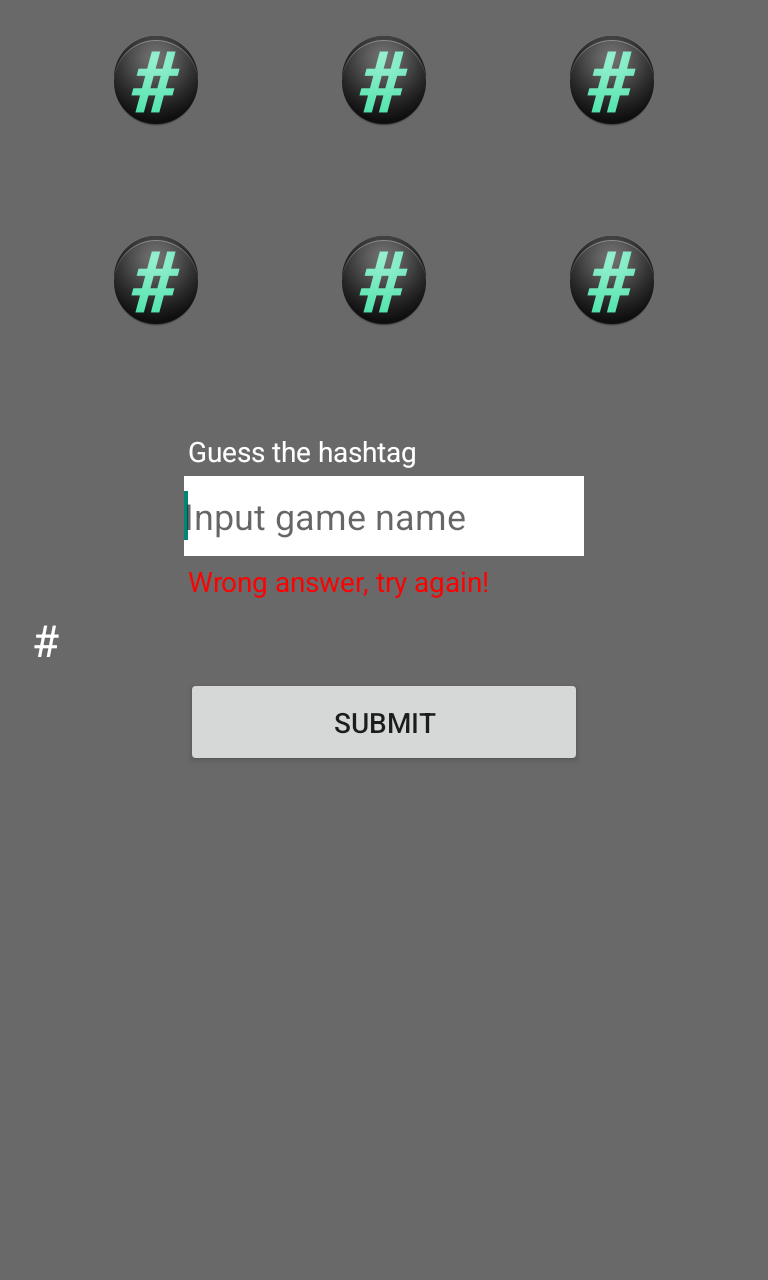
Repository: Hannanina/GuessTag
Layout: GuessTag/res/layout/activity_guess_tag.xml
An editor plug-in stored every save of this project. The layout is shown before and after the next save, followed by the edit.
It is drawn on a 768 x 1280 px phone screen (xhdpi) without system bars, with theme AppTheme; the app's code is not run.

Above is the layout before, as saved 2014-12-17 10:53:13.

### GuessTag/res/layout/activity_guess_tag.xml
<RelativeLayout xmlns:android="http://schemas.android.com/apk/res/android"
    xmlns:tools="http://schemas.android.com/tools"
    android:layout_width="match_parent"
    android:layout_height="match_parent"
    android:paddingBottom="@dimen/activity_vertical_margin"
    android:paddingLeft="@dimen/activity_horizontal_margin"
    android:paddingRight="@dimen/activity_horizontal_margin"
    android:paddingTop="@dimen/activity_vertical_margin"
    android:background="@color/DimGray"
    tools:context="com.example.guesstag.GuessTagActivity" >


   <LinearLayout
       android:id="@+id/top_image_container"
       android:layout_width="fill_parent"
       android:layout_height="100dp"
       android:paddingLeft="5dp"
       android:paddingRight="5dp" >
   		<ImageView
       		android:id="@+id/image_one"
       		android:layout_width="0dp"
       		android:layout_height="wrap_content"
       		android:layout_weight="0.33"
       		android:maxHeight="100dp"
	   		android:contentDescription="@string/image_one"
	   		android:src="@drawable/ic_launcher" >
   		</ImageView>
   		<ImageView
       		android:id="@+id/image_two"
       		android:layout_width="0dp"
       		android:layout_height="wrap_content"
       		android:layout_weight="0.33"
       		android:paddingRight="5dp"
       		android:paddingLeft="5dp"
       		android:contentDescription="@string/image_two"
       		android:src="@drawable/ic_launcher" >
   		</ImageView>
   		<ImageView
       		android:id="@+id/image_three"
       		android:layout_width="0dp"
       		android:layout_height="wrap_content"
       		android:layout_weight="0.33"
       		android:contentDescription="@string/image_three"
       		android:src="@drawable/ic_launcher" >
   		</ImageView>
   </LinearLayout>
   <LinearLayout
       android:id="@+id/bottom_image_container"
       android:layout_width="fill_parent"
       android:layout_height="100dp"
       android:paddingLeft="5dp"
       android:paddingRight="5dp"
       android:layout_below="@+id/top_image_container" >
   		<ImageView
       		android:id="@+id/image_four"
       		android:layout_width="0dp"
       		android:layout_height="wrap_content"
       		android:layout_weight="0.33"
	   		android:contentDescription="@string/image_four"
	   		android:src="@drawable/ic_launcher" >
   		</ImageView>
   		<ImageView
       		android:id="@+id/image_five"
       		android:layout_width="0dp"
       		android:layout_height="wrap_content"
       		android:layout_weight="0.33"
       		android:paddingRight="5dp"
       		android:paddingLeft="5dp"
       		android:contentDescription="@string/image_five"
       		android:src="@drawable/ic_launcher" >
   		</ImageView>
   		<ImageView
       		android:id="@+id/image_six"
       		android:layout_width="0dp"
       		android:layout_height="wrap_content"
       		android:layout_weight="0.33"
       		android:contentDescription="@string/image_six"
       		android:src="@drawable/ic_launcher" >
   		</ImageView>
   </LinearLayout>
   <LinearLayout
        android:id="@+id/input_container"
        android:orientation="vertical"
        android:layout_width="200dp"
        android:layout_height="96dp"
        android:layout_centerHorizontal="true"
        android:layout_below="@+id/bottom_image_container" >
   		<TextView
        	android:id="@+id/guess_the_hashtag"
        	android:layout_width="wrap_content"
	    	android:layout_height="wrap_content"
	    	android:layout_marginLeft="2dp"
	    	android:layout_marginBottom="3dp"
	    	android:text="@string/guess_the_hashtag"
	    	android:textColor="@color/White">
    	</TextView>
    	<EditText
        	android:id="@+id/input_game_name"
        	android:layout_width="match_parent"
        	android:layout_height="40dp"
        	android:layout_gravity="center"
        	android:background="@color/White"
        	android:ems="10"
        	android:hint="@string/input_game_name" >
        	<requestFocus />
    	</EditText>
    	<TextView
        	android:id="@+id/textView3"
        	android:layout_width="wrap_content"
        	android:layout_height="wrap_content"
        	android:layout_marginLeft="2dp"
	    	android:layout_marginTop="3dp"
        	android:layout_centerHorizontal="true"
        	android:text="@string/wrong_answer"
        	android:textColor="@color/Red"
        	android:textAppearance="?android:attr/textAppearanceSmall" >
        </TextView>
    </LinearLayout>
    <TextView
        android:id="@+id/textView2"
        android:layout_width="wrap_content"
        android:layout_height="wrap_content"
        android:layout_alignParentLeft="true"
        android:layout_centerVertical="true"
        android:text="#"
     	android:textColor="@color/White"
        android:textAppearance="?android:attr/textAppearanceLarge" />


    <Button
        android:id="@+id/buttonSubmit"
  	    android:layout_width="200dp"
	    android:layout_height="48dp"
        android:layout_below="@+id/input_container"
        android:layout_centerHorizontal="true"
        android:layout_marginTop="25dp"
        android:text="submit"
        android:onClick="onClickSubmit" />


</RelativeLayout>

### GuessTag/res/values/colors.xml
<?xml version="1.0" encoding="utf-8"?>
<resources>
 <color name="white">#FFFFFF</color>
 <color name="yellow">#FFFF00</color>
 <color name="fuchsia">#FF00FF</color>
 <color name="red">#FF0000</color>
 <color name="silver">#C0C0C0</color>
 <color name="gray">#808080</color>
 <color name="olive">#808000</color>
 <color name="purple">#800080</color>
 <color name="maroon">#800000</color>
 <color name="aqua">#00FFFF</color>
 <color name="lime">#00FF00</color>
 <color name="teal">#008080</color>
 <color name="green">#008000</color>
 <color name="blue">#0000FF</color>
 <color name="navy">#000080</color>
 <color name="black">#000000</color>


 <color name="White">#FFFFFF</color>
 <color name="Ivory">#FFFFF0</color>
 <color name="LightYellow">#FFFFE0</color>
 <color name="Yellow">#FFFF00</color>
 <color name="Snow">#FFFAFA</color>
 <color name="FloralWhite">#FFFAF0</color>
 <color name="LemonChiffon">#FFFACD</color>
 <color name="Cornsilk">#FFF8DC</color>
 <color name="Seashell">#FFF5EE</color>
 <color name="LavenderBlush">#FFF0F5</color>
 <color name="PapayaWhip">#FFEFD5</color>
 <color name="BlanchedAlmond">#FFEBCD</color>
 <color name="MistyRose">#FFE4E1</color>
 <color name="Bisque">#FFE4C4</color>
 <color name="Moccasin">#FFE4B5</color>
 <color name="NavajoWhite">#FFDEAD</color>
 <color name="PeachPuff">#FFDAB9</color>
 <color name="Gold">#FFD700</color>
 <color name="Pink">#FFC0CB</color>
 <color name="LightPink">#FFB6C1</color>
 <color name="Orange">#FFA500</color>
 <color name="LightSalmon">#FFA07A</color>
 <color name="DarkOrange">#FF8C00</color>
 <color name="Coral">#FF7F50</color>
 <color name="HotPink">#FF69B4</color>
 <color name="Tomato">#FF6347</color>
 <color name="OrangeRed">#FF4500</color>
 <color name="DeepPink">#FF1493</color>
 <color name="Fuchsia">#FF00FF</color>
 <color name="Magenta">#FF00FF</color>
 <color name="Red">#FF0000</color>
 <color name="OldLace">#FDF5E6</color>
 <color name="LightGoldenrodYellow">#FAFAD2</color>
 <color name="Linen">#FAF0E6</color>
 <color name="AntiqueWhite">#FAEBD7</color>
 <color name="Salmon">#FA8072</color>
 <color name="GhostWhite">#F8F8FF</color>
 <color name="MintCream">#F5FFFA</color>
 <color name="WhiteSmoke">#F5F5F5</color>
 <color name="Beige">#F5F5DC</color>
 <color name="Wheat">#F5DEB3</color>
 <color name="SandyBrown">#F4A460</color>
 <color name="Azure">#F0FFFF</color>
 <color name="Honeydew">#F0FFF0</color>
 <color name="AliceBlue">#F0F8FF</color>
 <color name="Khaki">#F0E68C</color>
 <color name="LightCoral">#F08080</color>
 <color name="PaleGoldenrod">#EEE8AA</color>
 <color name="Violet">#EE82EE</color>
 <color name="DarkSalmon">#E9967A</color>
 <color name="Lavender">#E6E6FA</color>
 <color name="LightCyan">#E0FFFF</color>
 <color name="BurlyWood">#DEB887</color>
 <color name="Plum">#DDA0DD</color>
 <color name="Gainsboro">#DCDCDC</color>
 <color name="Crimson">#DC143C</color>
 <color name="PaleVioletRed">#DB7093</color>
 <color name="Goldenrod">#DAA520</color>
 <color name="Orchid">#DA70D6</color>
 <color name="Thistle">#D8BFD8</color>
 <color name="LightGrey">#D3D3D3</color>
 <color name="Tan">#D2B48C</color>
 <color name="Chocolate">#D2691E</color>
 <color name="Peru">#CD853F</color>
 <color name="IndianRed">#CD5C5C</color>
 <color name="MediumVioletRed">#C71585</color>
 <color name="Silver">#C0C0C0</color>
 <color name="DarkKhaki">#BDB76B</color>
 <color name="RosyBrown">#BC8F8F</color>
 <color name="MediumOrchid">#BA55D3</color>
 <color name="DarkGoldenrod">#B8860B</color>
 <color name="FireBrick">#B22222</color>
 <color name="PowderBlue">#B0E0E6</color>
 <color name="LightSteelBlue">#B0C4DE</color>
 <color name="PaleTurquoise">#AFEEEE</color>
 <color name="GreenYellow">#ADFF2F</color>
 <color name="LightBlue">#ADD8E6</color>
 <color name="DarkGray">#A9A9A9</color>
 <color name="Brown">#A52A2A</color>
 <color name="Sienna">#A0522D</color>
 <color name="YellowGreen">#9ACD32</color>
 <color name="DarkOrchid">#9932CC</color>
 <color name="PaleGreen">#98FB98</color>
 <color name="DarkViolet">#9400D3</color>
 <color name="MediumPurple">#9370DB</color>
 <color name="LightGreen">#90EE90</color>
 <color name="DarkSeaGreen">#8FBC8F</color>
 <color name="SaddleBrown">#8B4513</color>
 <color name="DarkMagenta">#8B008B</color>
 <color name="DarkRed">#8B0000</color>
 <color name="BlueViolet">#8A2BE2</color>
 <color name="LightSkyBlue">#87CEFA</color>
 <color name="SkyBlue">#87CEEB</color>
 <color name="Gray">#808080</color>
 <color name="Olive">#808000</color>
 <color name="Purple">#800080</color>
 <color name="Maroon">#800000</color>
 <color name="Aquamarine">#7FFFD4</color>
 <color name="Chartreuse">#7FFF00</color>
 <color name="LawnGreen">#7CFC00</color>
 <color name="MediumSlateBlue">#7B68EE</color>
 <color name="LightSlateGray">#778899</color>
 <color name="SlateGray">#708090</color>
 <color name="OliveDrab">#6B8E23</color>
 <color name="SlateBlue">#6A5ACD</color>
 <color name="DimGray">#696969</color>
 <color name="MediumAquamarine">#66CDAA</color>
 <color name="CornflowerBlue">#6495ED</color>
 <color name="CadetBlue">#5F9EA0</color>
 <color name="DarkOliveGreen">#556B2F</color>
 <color name="Indigo">#4B0082</color>
 <color name="MediumTurquoise">#48D1CC</color>
 <color name="DarkSlateBlue">#483D8B</color>
 <color name="SteelBlue">#4682B4</color>
 <color name="RoyalBlue">#4169E1</color>
 <color name="Turquoise">#40E0D0</color>
 <color name="MediumSeaGreen">#3CB371</color>
 <color name="LimeGreen">#32CD32</color>
 <color name="DarkSlateGray">#2F4F4F</color>
 <color name="SeaGreen">#2E8B57</color>
 <color name="ForestGreen">#228B22</color>
 <color name="LightSeaGreen">#20B2AA</color>
 <color name="DodgerBlue">#1E90FF</color>
 <color name="MidnightBlue">#191970</color>
 <color name="Aqua">#00FFFF</color>
 <color name="Cyan">#00FFFF</color>
 <color name="SpringGreen">#00FF7F</color>
 <color name="Lime">#00FF00</color>
 <color name="MediumSpringGreen">#00FA9A</color>
 <color name="DarkTurquoise">#00CED1</color>
 <color name="DeepSkyBlue">#00BFFF</color>
 <color name="DarkCyan">#008B8B</color>
 <color name="Teal">#008080</color>
 <color name="Green">#008000</color>
 <color name="DarkGreen">#006400</color>
 <color name="Blue">#0000FF</color>
 <color name="MediumBlue">#0000CD</color>
 <color name="DarkBlue">#00008B</color>
 <color name="Navy">#000080</color>
 <color name="Black">#000000</color>
</resources>

### GuessTag/res/values/strings.xml
<?xml version="1.0" encoding="utf-8"?>
<resources>

    <string name="app_name">guess#</string>
    <string name="hello_world">Hello world!</string>
    <string name="action_settings">Settings</string>

    <!-- BACK BUTTON -->
    <string name="button_back">Back</string>

    <!-- START ACTIVITY -->
    <string name="start_heading">guess#</string>
    <string name="button_start">New game</string>
    <string name="button_highscore">Highscore</string>
    <string name="button_rules">Rules</string>
    <string name="title_activity_rules">RulesActivity</string>

    <!-- RULES ACTIVITY -->
    <string name="rules_heading">Rules</string>
    <string name="rules_text">Lorem ipsum dolor sit amet, consectetuer adipiscing elit, sed diam nonummy nibh euismod tincidunt ut laoreet dolore magna aliquam erat volutpat. Ut wisi enim ad minim veniam, quis nostrud exerci tation ullamcorper suscipit lobortis nisl ut aliquip ex ea commodo consequat. Duis autem vel eum iriure dolor in hendrerit in vulputate velit esse molestie consequat, vel illum dolore eu feugiat nulla facilisis at vero eros et accumsan et iusto odio dignissim qui blandit praesent luptatum zzril delenit augue duis dolore te feugait nulla facilisi. Nam liber tempor cum soluta nobis eleifend option congue nihil imperdiet doming id quod mazim placerat facer possim assum. Typi non habent claritatem insitam; est usus legentis in iis qui facit eorum claritatem. Investigationes demonstraverunt lectores legere me lius quod ii legunt saepius. Claritas est etiam processus dynamicus, qui sequitur mutationem consuetudium lectorum. Mirum est notare quam littera gothica, quam nunc putamus parum claram, anteposuerit litterarum formas humanitatis per seacula quarta decima et quinta decima. Eodem modo typi, qui nunc nobis videntur parum clari, fiant sollemnes in futurum.</string>

    <!-- NEW ACTIVITY -->
    <string name="new_heading">New game</string>
    <string name="button_host">Host game</string>
    <string name="button_join">Join game</string>

    <!-- HOST ACTIVITY -->
    <string name="host_heading">Host game</string>
    <string name="game_name_instruction">Input game name</string>
    <string name="difficulty_setting_instruction">Set difficulty</string>
    <string name="input_game_name">Input game name</string>
    <string name="difficulty_setting_level">medium</string>
    <string name="button_create">Create game</string>

    <!-- WAIT HOST ACTIVITY -->
    <string name="host_wait_heading">Host game</string>
    <string name="waiting_for_players">Waiting for players.</string>
    <string name="button_start_game">Start game</string>

    <!-- WAIT GUEST ACTIVITY -->
    <string name="guest_wait_heading">Join game</string>
    <string name="waiting_for_host">Waiting for host.</string>

    <!-- INPUT TAG ACTIVITY -->
    <string name="title_activity_input_tag">InputTagActivity</string>
    <string name="title_activity_select_tagger">SelectTaggerActivity</string>

    <!-- TIMER ACTIVITY -->
    <string name="title_activity_timer">TimerActivity</string>
    <string name="title_activity_host">HostActivity</string>
    <string name="title_activity_guess_tag">GuessTagActivity</string>
    <string name="title_activity_result_round">ResultRoundActivity</string>
    <string name="title_activity_join_game">JoinGameActivity</string>
    <string name="title_activity_result_final">ResultFinalActivity</string>

    <!-- GUESS TAG ACTIVITY -->
    <string name="guess_the_hashtag">Guess the hashtag</string>
    <string name="wrong_answer">Wrong answer, try again!</string>
    <string name="image_one">Image 1</string>
    <string name="image_two">Image 2</string>
    <string name="image_three">Image 3</string>
    <string name="image_four">Image 4</string>
    <string name="image_five">Image 5</string>
    <string name="image_six">Image 6</string>

    <!-- HIGHSCORE ACTIVITY -->
    <string name="title_activity_highscore">Highscore List</string>
    <string name="title_section1">Easy</string>
    <string name="title_section2">Medium</string>
    <string name="title_section3">Hard</string>
    <string name="title_activity_wait_host">WaitHostActivity</string>
    <string name="title_activity_wait_guest">WaitGuestActivity</string>

    <!-- RESULT FINAL ACTIVITY -->
    <string name="final_result">Final result</string>
    <string name="button_end">End game</string>

    <!-- HIGHSCORE LIST ITEM -->
    <string name="game_name">game name</string>
    <string name="nr_of_guesses">55</string>
    <string name="total_time_spent">3:46</string>
    <string name="points">104</string>

    <!-- USER NAME POPUP -->
    <string name="choose_an_alias">Choose an alias</string>
    <string name="button_ok">OK</string>
    <string name="input_alias">alias</string>

        <string name="image_view_1">ImageView1</string>


</resources>

Loaded but not shown: GuessTag/res/values/styles.xml (common file); GuessTag/res/values-v11/styles.xml (common file); GuessTag/res/values-v14/styles.xml (common file); GuessTag/res/values/dimens.xml (common file); GuessTag/res/values-w820dp/dimens.xml (common file)

After the next save:
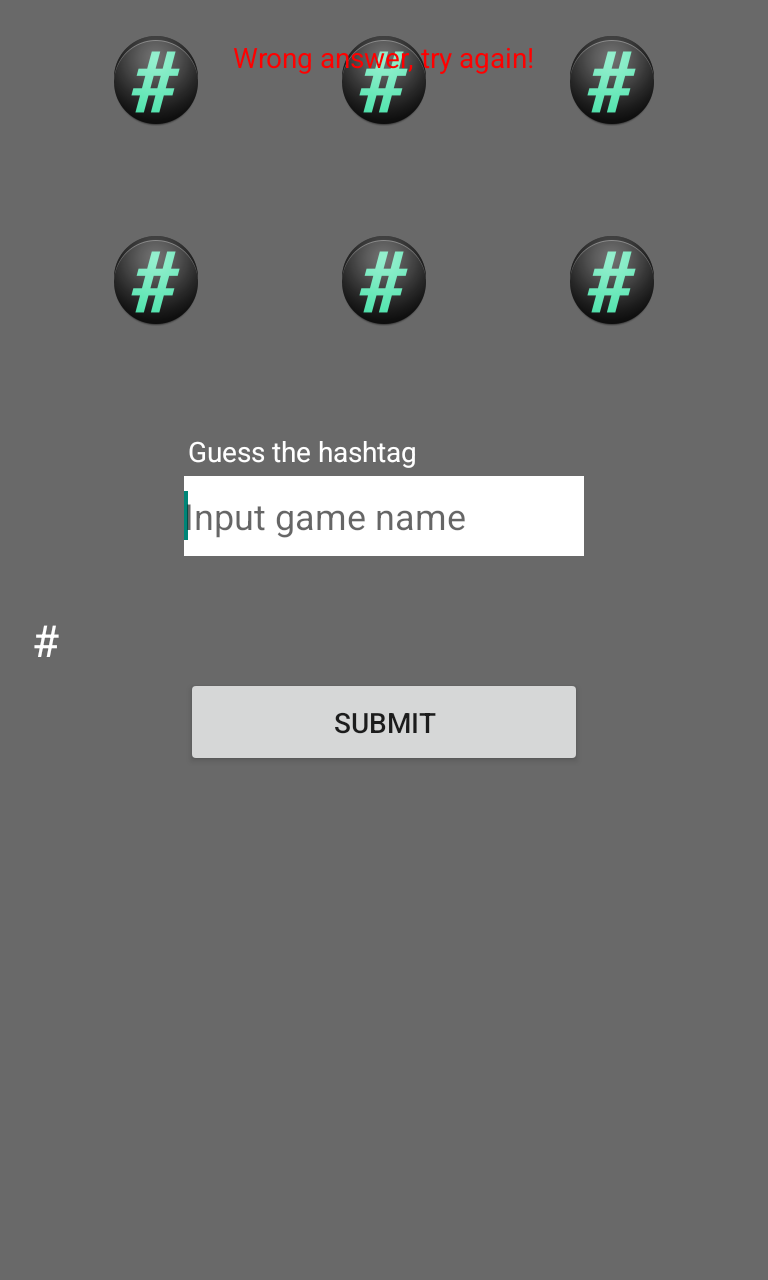
Saved 29 s later.
--- a/GuessTag/res/layout/activity_guess_tag.xml
+++ b/GuessTag/res/layout/activity_guess_tag.xml
@@ -104,7 +104,8 @@
         	android:hint="@string/input_game_name" >
         	<requestFocus />
     	</EditText>
-    	<TextView
+    </LinearLayout>
+    <TextView
         	android:id="@+id/textView3"
         	android:layout_width="wrap_content"
         	android:layout_height="wrap_content"
@@ -115,7 +116,6 @@
         	android:textColor="@color/Red"
         	android:textAppearance="?android:attr/textAppearanceSmall" >
         </TextView>
-    </LinearLayout>
     <TextView
         android:id="@+id/textView2"
         android:layout_width="wrap_content"
